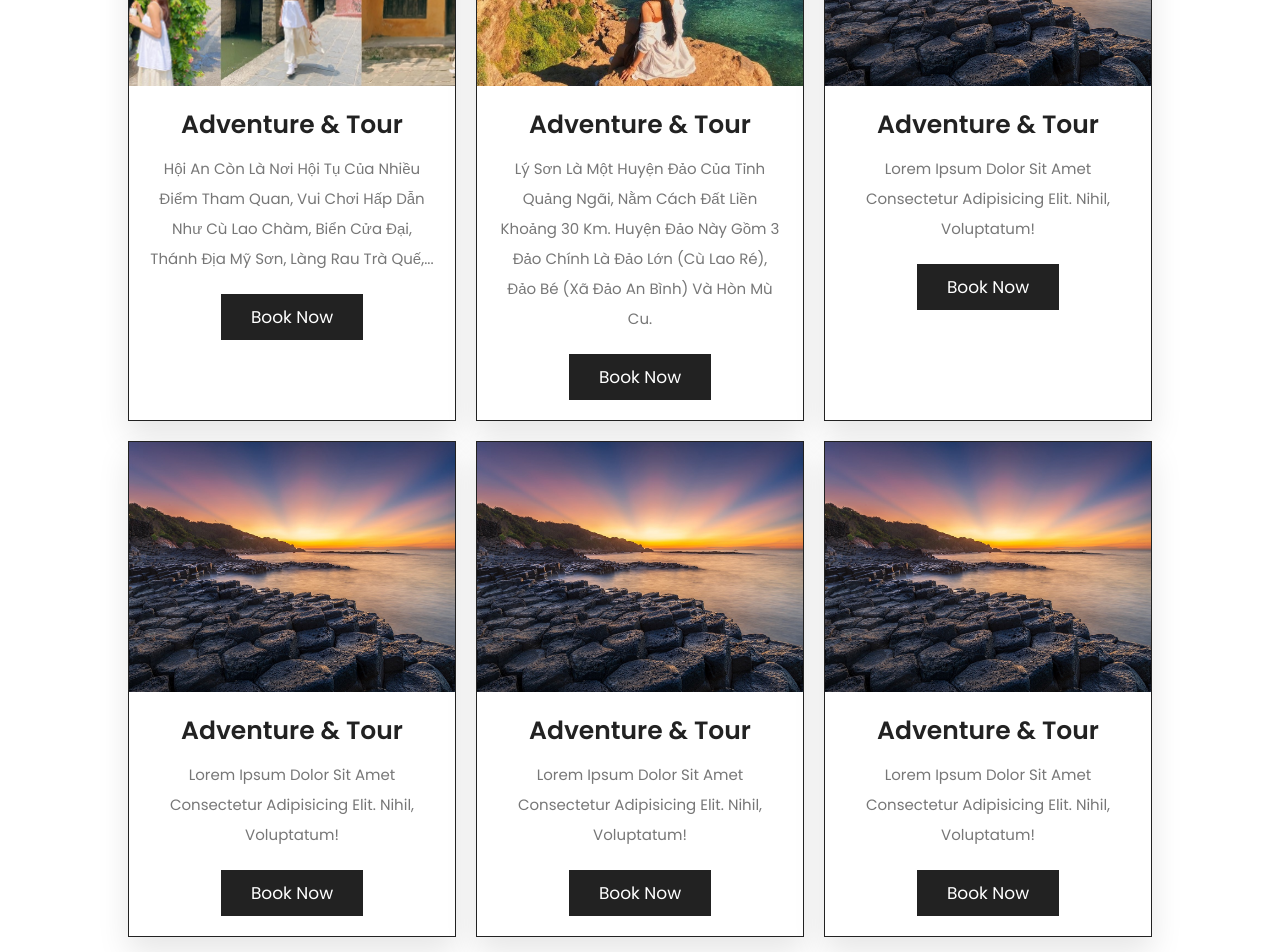
Repository: CTCuong/Traveloka-Web
Page: http://localhost/assets/package.php
The author's editor kept a copy of each file at every save. The page is drawn from the files as they stood at one save, then again after a run of saves.
The browser window is 1280 px wide. The pictures show the part of the page from y = 813 to 1765 px (the page is 2522 px tall before and 2492 px after).
Backgrounds fixed to the window are drawn as part of the page. The page is run by PHP 8.4 with error messages shown; the project is at /var/www/html/.

Above is the page before, as saved 2023-07-24 20:12:12.

After the next 2 saves:
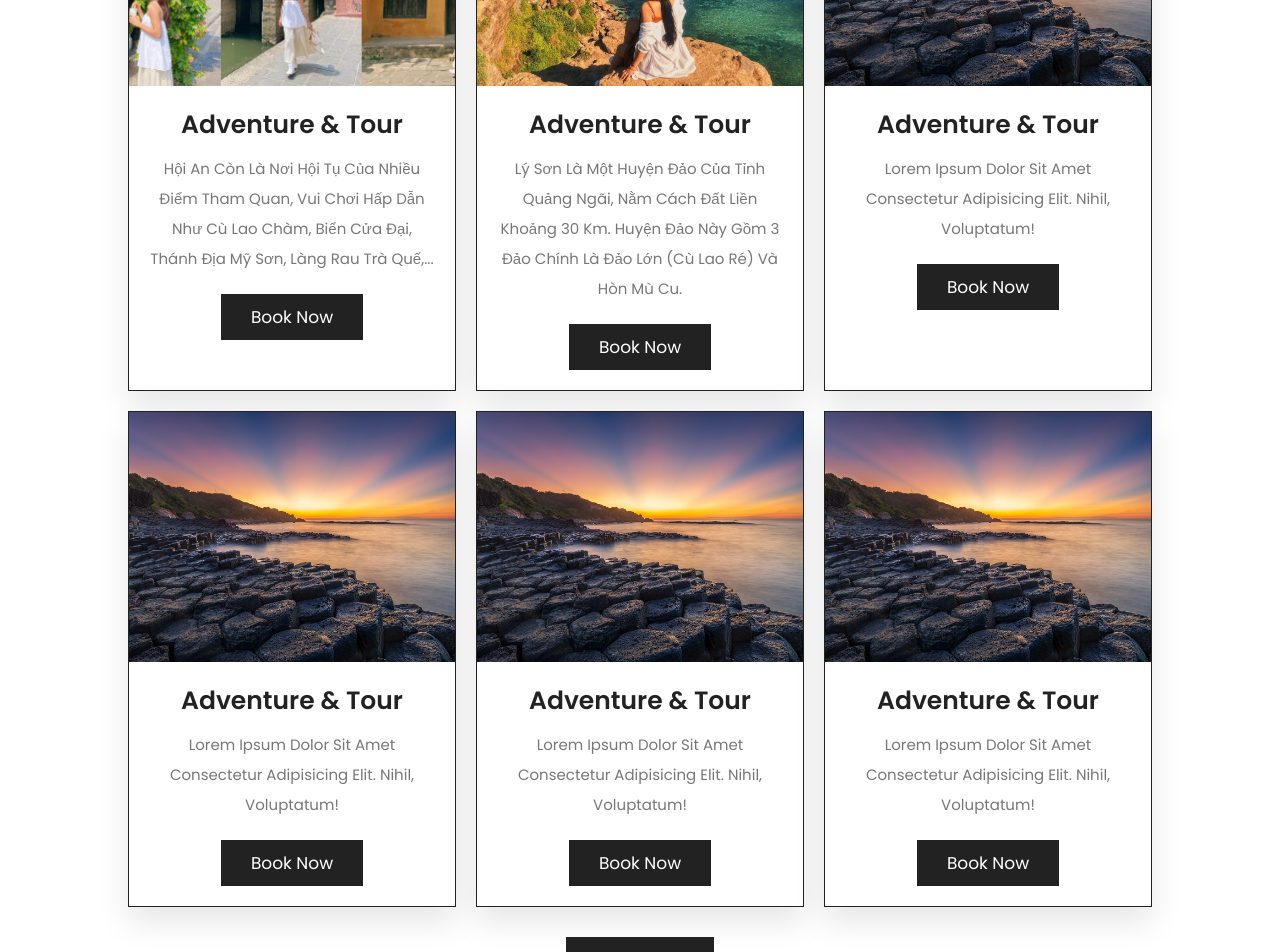
The 2 saves are shown as one change because they came seconds apart.
The last was saved 29 s later.
--- a/assets/package.php
+++ b/assets/package.php
@@ -59,7 +59,7 @@
 
                 <div class="content">
                     <h3>adventure & tour</h3>
-                    <p>Lý Sơn là một huyện đảo của tỉnh Quảng Ngãi, nằm cách đất liền khoảng 30 km. Huyện đảo này gồm 3 đảo chính là đảo Lớn (Cù Lao Ré), đảo Bé (xã đảo An Bình) và hòn Mù Cu.</p>
+                    <p>Lý Sơn là một huyện đảo của tỉnh Quảng Ngãi, nằm cách đất liền khoảng 30 km. Huyện đảo này gồm 3 đảo chính là đảo Lớn (Cù Lao Ré) và hòn Mù Cu.</p>
                     <a href="book.php" class="btn">book now</a>
                 </div>
             </div>
